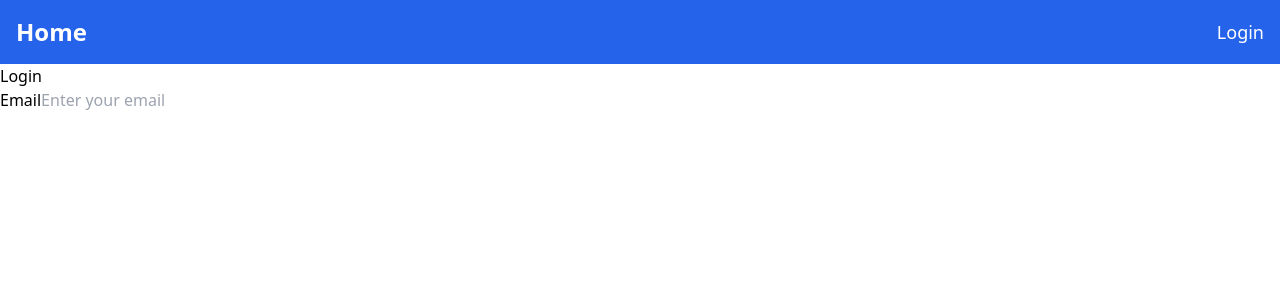
Repository: Ademaulana100499/learnReact
Page: /login
The author's editor kept a copy of each file at every save. The page is drawn from the files as they stood at one save, then again after the next save.
The browser window is 1280 px wide. The pictures show the whole page.
The project was rebuilt for these pictures with package versions that can differ from the ones it lists, and the page was loaded fresh each time. Also part of the build but not shown: vite.config.js, src/components/Navbar/index.jsx, src/pages/HomePage/index.jsx, src/pages/DetailPage/index.jsx.

Above is the page before, as saved 2024-12-15 09:37:08.

### src/App.jsx
import { BrowserRouter, Routes, Route } from "react-router-dom";
import { HomePage } from "./pages/HomePage";
import { DetailPage } from "./pages/DetailPage";
import { LoginPage } from "./pages/LoginPage";

export function App() {
  return (
    <div>
      <BrowserRouter>
        <Routes>
          <Route path="/" element={<HomePage />} />
          <Route path="/detail/:id" element={<DetailPage />} />
          <Route path="/login" element={<LoginPage />} />
        </Routes>
      </BrowserRouter>
    </div>
  );
}

### src/pages/LoginPage/index.jsx
import { Navbar } from "../../components";

export const LoginPage = () => {
  return (
    <div>
      <Navbar />
      <h1>Login</h1>
      <form>
        <div>
          <label htmlFor="email">Email</label>
          <input
            type="email"
            id="email"
            name="email"
            placeholder="Enter your email"
            required
          />
        </div>
      </form>
    </div>
  );
};

### src/components/index.jsx
import { Link } from "react-router-dom";
export const Navbar = () => {
  return (
    <div className="bg-blue-600 text-white p-4">
      <div className="container mx-auto flex justify-between items-center">
        <div>
          <Link
            to="/"
            className="text-2xl font-semibold hover:text-gray-300 transition-colors"
          >
            Home
          </Link>
        </div>
        <div className="space-x-6">
          <Link
            to="/login"
            className="text-lg font-medium hover:text-gray-300 transition-colors"
          >
            Login
          </Link>
        </div>
      </div>
    </div>
  );
};

Loaded but not shown: index.html (common file); src/main.jsx (common file); src/index.css (common file); tailwind.config.js (common file)

After the next save:
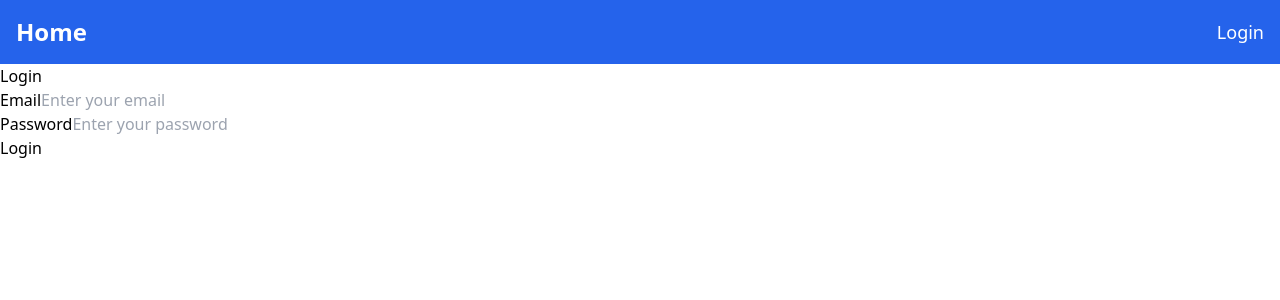
Saved 62 s later.
--- a/src/pages/LoginPage/index.jsx
+++ b/src/pages/LoginPage/index.jsx
@@ -16,6 +16,17 @@
             required
           />
         </div>
+        <div>
+          <label htmlFor="password">Password</label>
+          <input
+            type="password"
+            id="password"
+            name="password"
+            placeholder="Enter your password"
+            required
+          />
+        </div>
+        <button type="submit">Login</button>
       </form>
     </div>
   );
